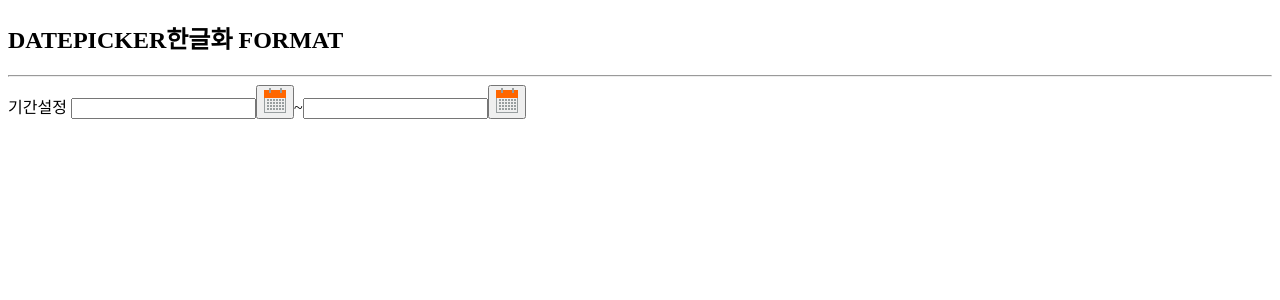
Repository: kimjoohye/study_WEB
Page: workspace/studyhtml5/WebContent/jq/jq03/jq07.html
These files come from the project's save history. The page is drawn as it stood at one moment and after the next save; the edit follows.
The browser window is 1280 px wide. The pictures show the whole page.

Above is the page before, as saved 2022-05-12 05:40:38.

### workspace/studyhtml5/WebContent/jq/jq03/jq07.html
<!DOCTYPE html>
<html>
<head>
<meta name="viewport" content="width=device-width,initial-scale=1.0">
<meta charset="UTF-8">
<link rel="shortcut icon" type="image/x-icon" href="/studyhtml5/favicon.ico">
<meta http-equiv="Expires" content="Mon, 01 Jan 2020 00:00:01 GMT">
<!--위의 명시된 날짜 이후가 되면 페이지가 캐싱되지 않는다.(2020년 이후 쭉 ) -->

<meta http-equiv="Expires" content="-1">
<!--캐시된 페이지가 만료되어 삭제되는 시간을 정의하나 특별한 경우가 아니면 -1로 설정-->

<meta http-equiv="Pragma" content="no-cache">
<!--페이지 로드시마다 페이지를 캐싱하지 않는다.(HTTP 1.0)-->

<meta http-equiv="Cache-Control" content="no-cache">
<!--페이지 로드시마다 페이지를 캐싱하지 않는다.(HTTP 1.1)-->

<!--reset 스타일시트 -->
<!--<link rel="stylesheet" type="text/css" href="/studyhtml5/asset/css/reset.css">-->
<link rel="stylesheet"  type="text/css" href="/studyhtml5/asset/css/jquery-ui.css">

<!--스타일 시트 -->
<style type="text/css">
</style>

<title>Insert title here</title>

<!-- jquery -->
<script type="text/javascript" src="/studyhtml5/asset/js/jquery-1.12.4.js"></script>
<!-- jquery UI -->
<script type="text/javascript" src="/studyhtml5/asset/js/jquery-ui.js"></script>
</head>
<body>
   <h2>DATEPICKER한글화 FORMAT</h2>
   <hr/>

   <div>기간설정
    <input type="text" class="datepicker">~<input type="text" class="datepicker">
   </div>

   <!--자바스크립트 코드 -->
<script type="text/javascript">
   $(document).ready(function(){
	   $('.datepicker').datepicker({
		   dateFormat: 'yy-mm-dd',
		   changeYear: true,
		   changeMonth: true,
		   buttonImage: "/studyhtml5/imgs/calendar_icon.png",
		   showOn: "button",
		   buttonText : "달력"
	   });

	   /* 한글 format으로 달력 설정 */
	   $.datepicker.setDefaults({
		   dayNames: ['일요일', '월요일', '화요일', '수요일', '목요일', '금요일', '토요일'],
	     dayNamesMin: ['일', '월', '화', '수', '목', '금', '토'],
	     monthNames: ['1월','2월','3월','4월','5월','6월','7월','8월','9월','10월','11월','12월']
	   });
   });
</script>
</body>
</html>

Loaded but not shown: workspace/studyhtml5/WebContent/asset/css/jquery-ui.css (library); workspace/studyhtml5/WebContent/asset/js/jquery-1.12.4.js (library); workspace/studyhtml5/WebContent/asset/js/jquery-ui.js (library)

After the next save:
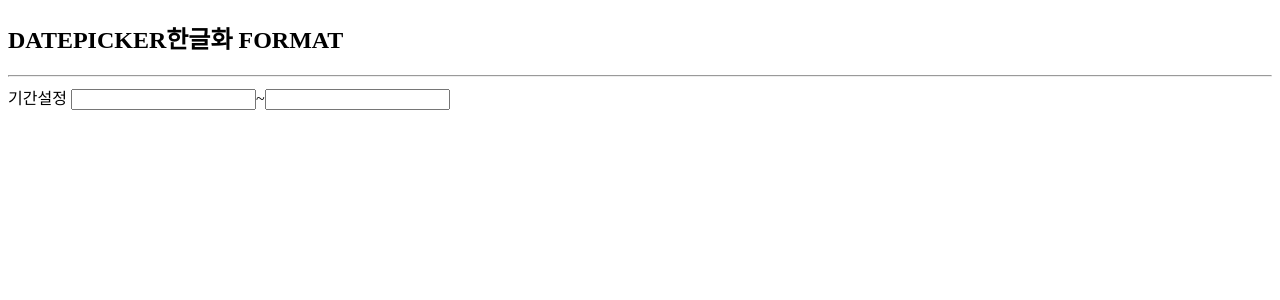
Console error: SyntaxError: Unexpected identifier 'dayNames'
Saved 89 s later.
--- a/workspace/studyhtml5/WebContent/jq/jq03/jq07.html
+++ b/workspace/studyhtml5/WebContent/jq/jq03/jq07.html
@@ -53,9 +53,9 @@
 
 	   /* 한글 format으로 달력 설정 */
 	   $.datepicker.setDefaults({
+	     monthNames: ['1월','2월','3월','4월','5월','6월','7월','8월','9월','10월','11월','12월']
 		   dayNames: ['일요일', '월요일', '화요일', '수요일', '목요일', '금요일', '토요일'],
 	     dayNamesMin: ['일', '월', '화', '수', '목', '금', '토'],
-	     monthNames: ['1월','2월','3월','4월','5월','6월','7월','8월','9월','10월','11월','12월']
 	   });
    });
 </script>

After the save that followed:
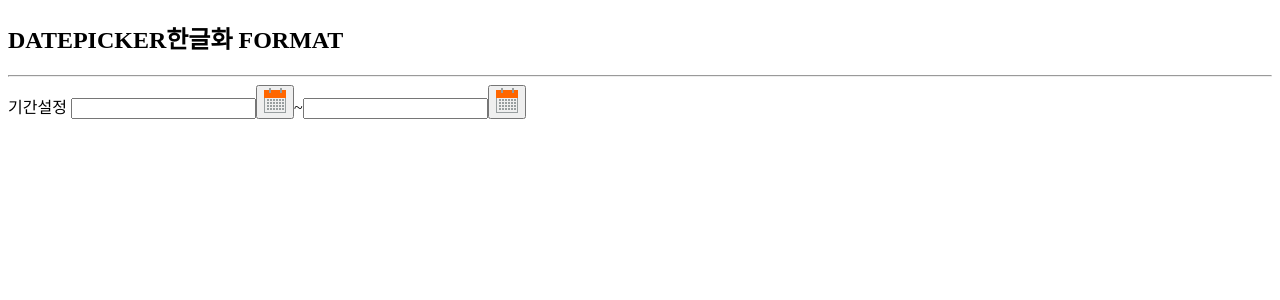
The error is gone.
Saved 9 s later.
--- a/workspace/studyhtml5/WebContent/jq/jq03/jq07.html
+++ b/workspace/studyhtml5/WebContent/jq/jq03/jq07.html
@@ -53,7 +53,7 @@
 
 	   /* 한글 format으로 달력 설정 */
 	   $.datepicker.setDefaults({
-	     monthNames: ['1월','2월','3월','4월','5월','6월','7월','8월','9월','10월','11월','12월']
+	     monthNames: ['1월','2월','3월','4월','5월','6월','7월','8월','9월','10월','11월','12월'],
 		   dayNames: ['일요일', '월요일', '화요일', '수요일', '목요일', '금요일', '토요일'],
 	     dayNamesMin: ['일', '월', '화', '수', '목', '금', '토'],
 	   });
